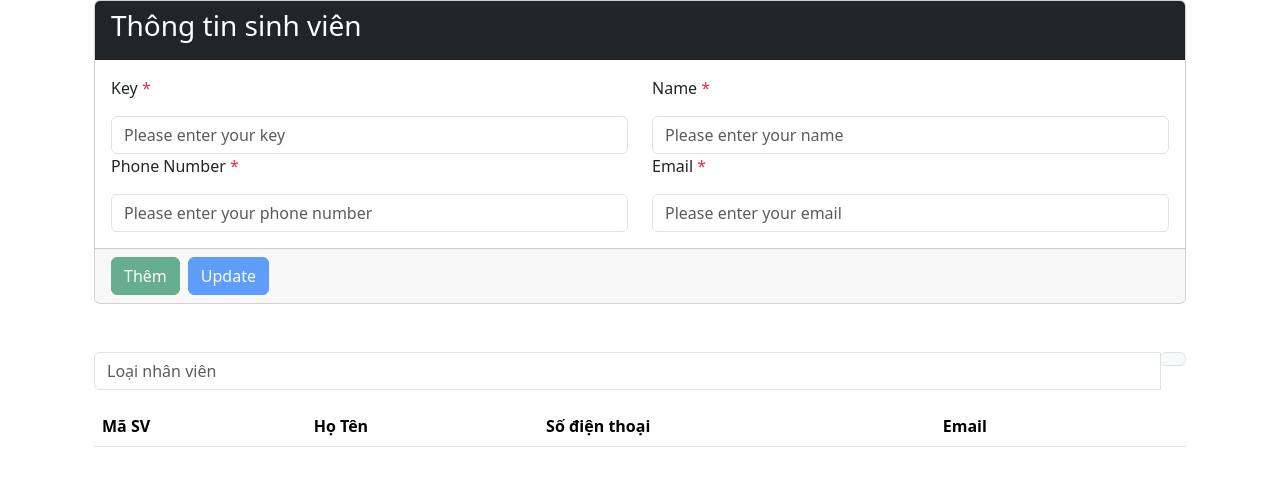
Repository: KhoiNguyen77/BT_REACT_FORM
Page: /
The author's editor kept a copy of each file at every save. The page is drawn from the files as they stood at one save, then again after a run of saves.
The browser window is 1280 px wide. The pictures show the whole page.
The project was rebuilt for these pictures with package versions that can differ from the ones it lists, and the page was loaded fresh each time.

Above is the page before, as saved 2023-05-29 08:35:00.

After the next 2 saves:
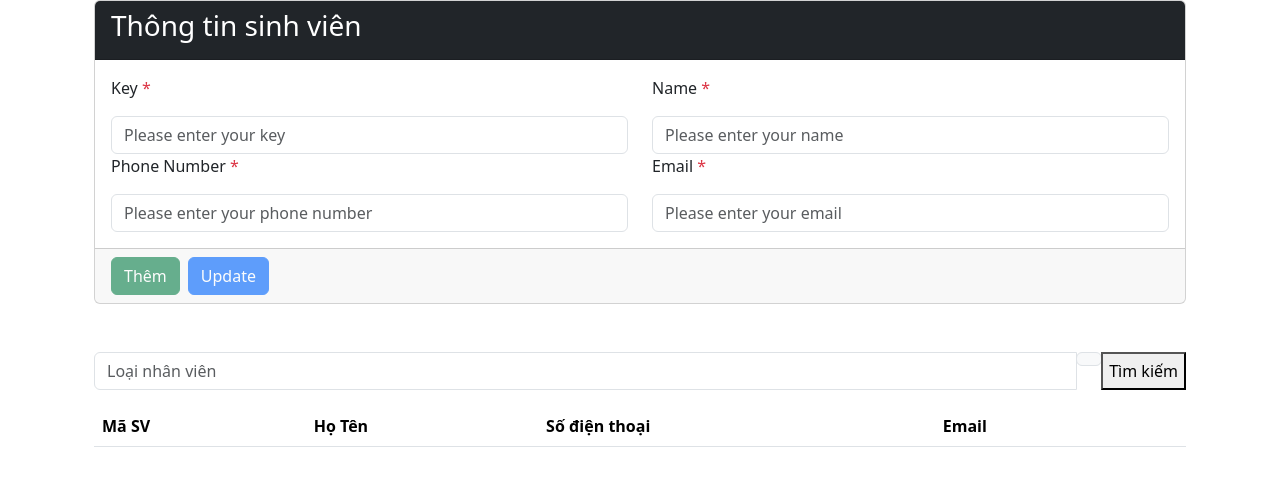
The 2 saves are shown as one change because they came seconds apart.
The last was saved 12 min 31 s later.
--- a/src/FormComponent/TableField.jsx
+++ b/src/FormComponent/TableField.jsx
@@ -1,7 +1,16 @@
 import React, { Component, useState } from 'react'
 
 export default class TableField extends Component {
-
+    constructor(props) {
+        super(props);
+    }
+    handleSearch = (e) => {
+        let keyword = e.target.value.trim();
+        let result = [];
+        const { students } = this.props;
+        let cloneStudents = [...students];
+        // cloneStudents.filter(student => )
+}
     render() {
         const { students, deleteStudent, edit } = this.props;
         return (
@@ -13,6 +22,7 @@ export default class TableField extends Component {
                             <div class="input-group-prepend">
                                 <span class="input-group-text" id="btnTimNV"><i class="fa fa-search"></i></span>
                             </div>
+                            <button>Tìm kiếm</button>
                         </div>
                     </div>
                 </div>
